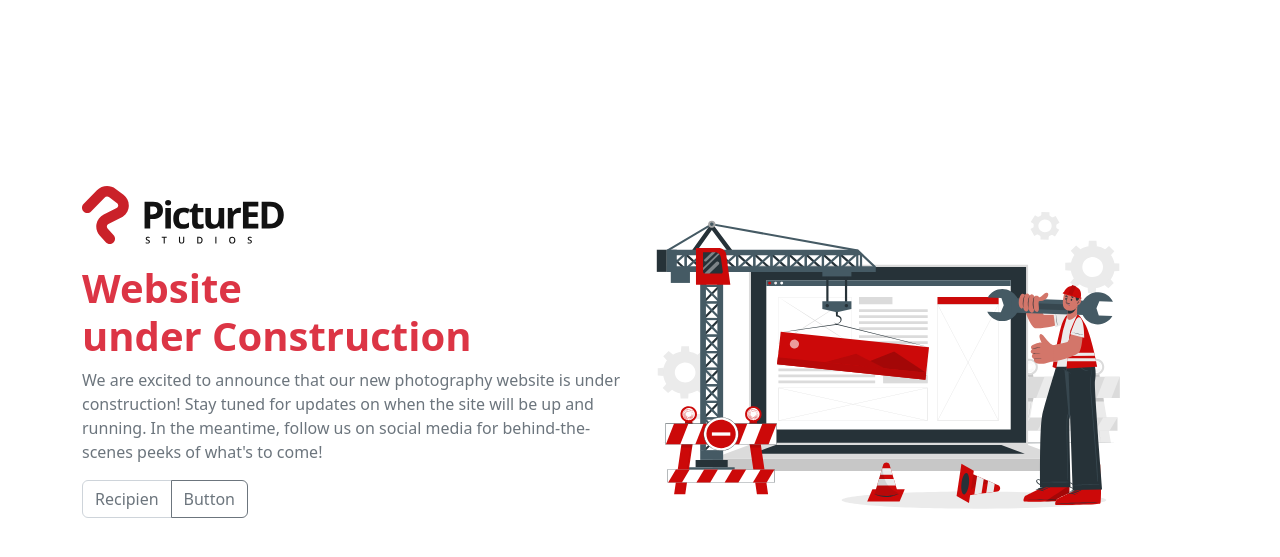
Repository: tHEO2k17/pictured
Page: /
The author's editor kept a copy of each file at every save. The page is drawn from the files as they stood at one save, then again after a run of saves.
The browser window is 1280 px wide. The pictures show the whole page.
The project was rebuilt for these pictures with package versions that can differ from the ones it lists, and the page was loaded fresh each time.

Above is the page before, as saved 2022-09-14 14:13:12.

After the next 2 saves:
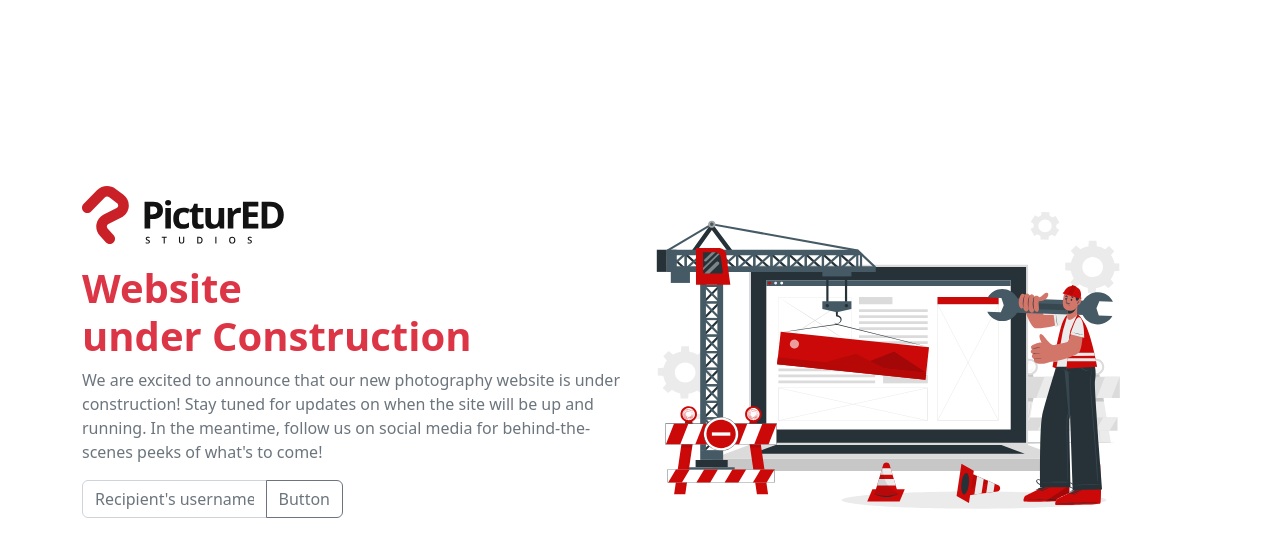
The 2 saves are shown as one change because they came seconds apart.
The last was saved 8 s later.
--- a/src/App.tsx
+++ b/src/App.tsx
@@ -29,7 +29,7 @@ function App() {
           </p>
 
           <Row>
-            <Col md={4}>
+            <Col md={6}>
               <InputGroup className="mb-3 ">
                 <Form.Control
                   placeholder="Recipient's username"
